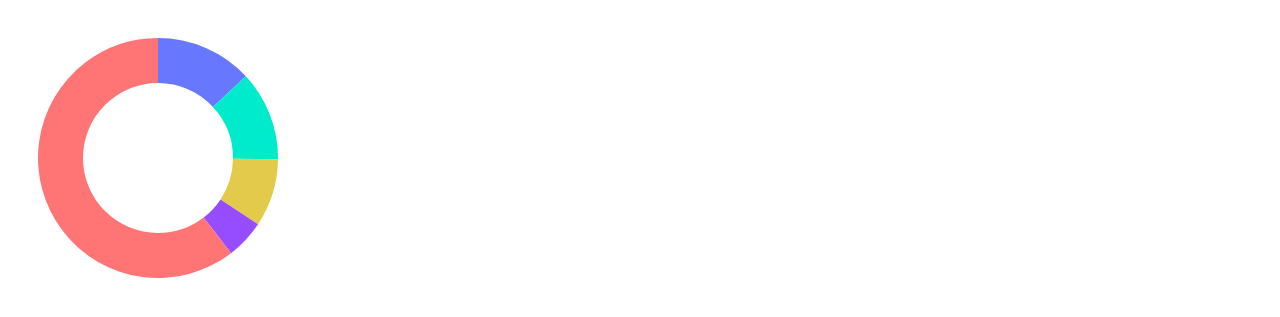
Repository: shuke-zhang/project
Page: /
An editor plug-in stored every save of this project. The page is shown before and after the next save, followed by the edit.
The browser window is 1280 px wide. The pictures show the whole page.
The project was rebuilt for these pictures with package versions that can differ from the ones it lists, and the page was loaded fresh each time. Also part of the build but not shown: vite.config.js.

Above is the page before, as saved 2023-06-27 10:38:08.

After the next save:
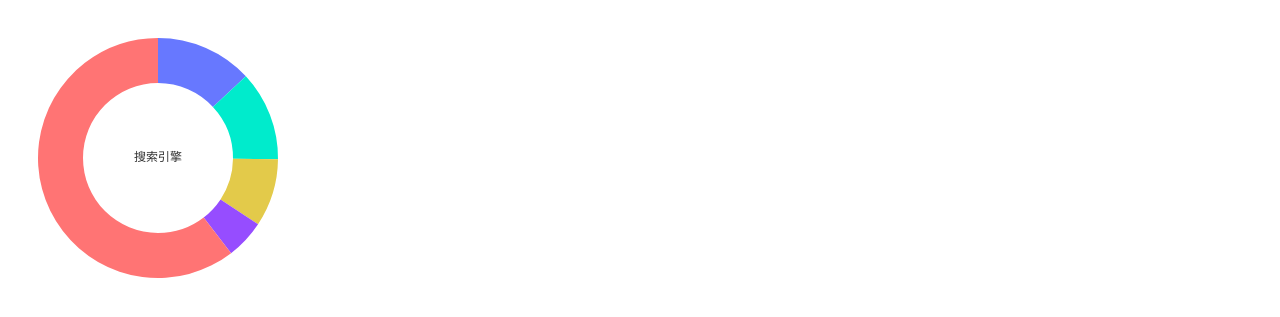
Saved 2 min 57 s later.
--- a/src/App.vue
+++ b/src/App.vue
@@ -17,9 +17,7 @@
           },
           confine: true,
         },
-        label: {
-          show: true,
-        },
+
         legend: {
           show: false,
         },
@@ -38,7 +36,7 @@
             radius: ["50%", "80%"],
             avoidLabelOverlap: false,
             label: {
-              show: false,
+              show: true,
               position: "center",
             },
             emphasis: {

After the save that followed:
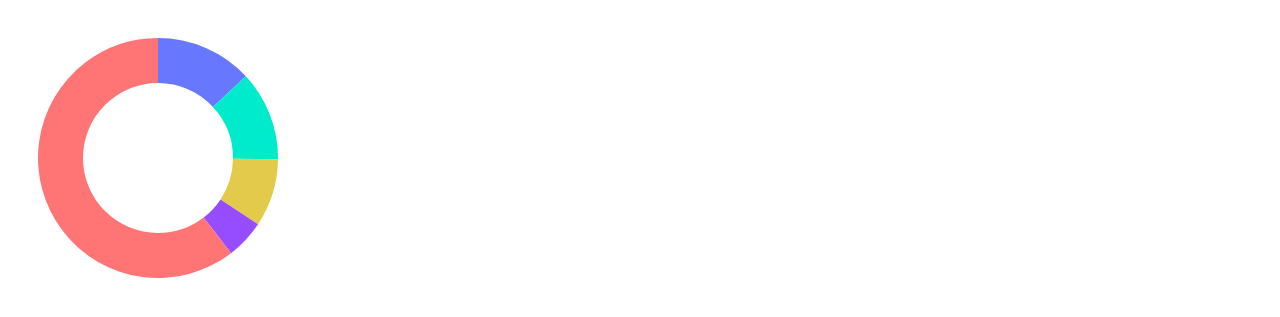
Saved 19 s later.
--- a/src/App.vue
+++ b/src/App.vue
@@ -36,7 +36,7 @@
             radius: ["50%", "80%"],
             avoidLabelOverlap: false,
             label: {
-              show: true,
+              show: false,
               position: "center",
             },
             emphasis: {
@@ -50,7 +50,7 @@
               },
             },
             labelLine: {
-              show: false,
+              show: true,
             },
             data: [
               { value: 335, name: "直接访问" },
